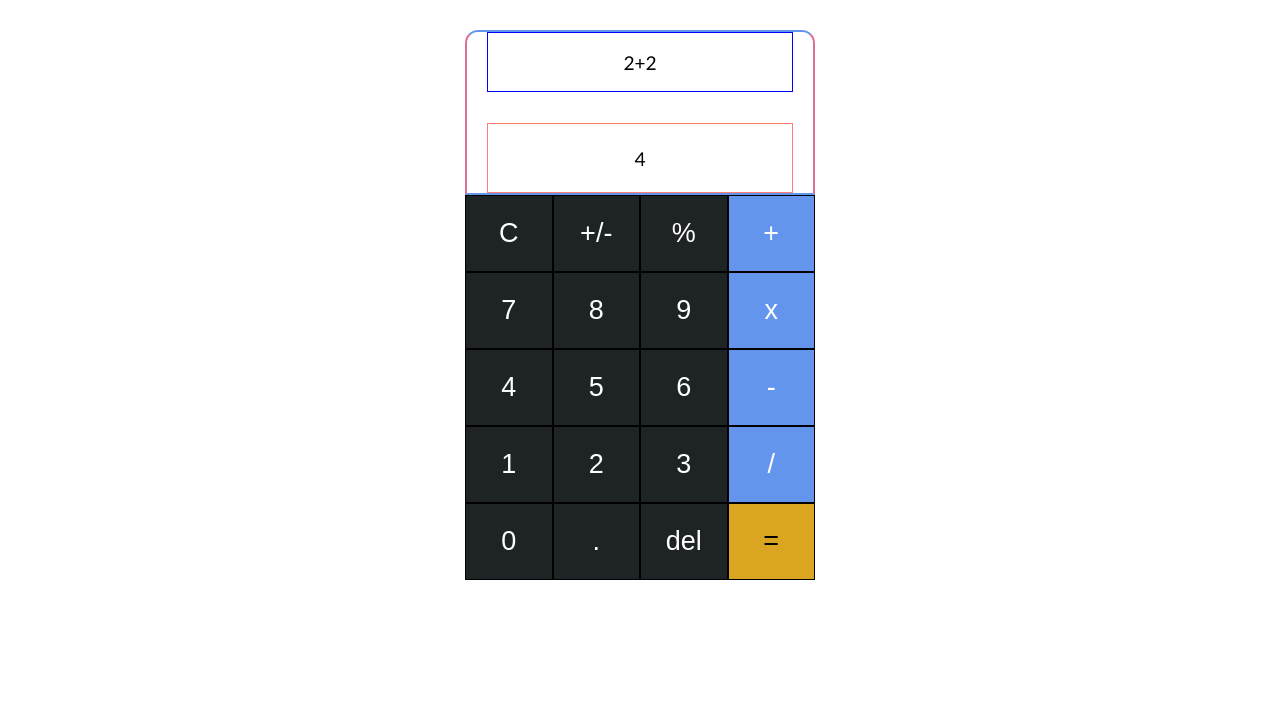
Repository: OfirLana/Calculator
Page: index.html
An editor plug-in stored every save of this project. The page is shown before and after a run of saves, followed by the edit.
The browser window is 1280 px wide. The pictures show the whole page.

Above is the page before, as saved 2019-03-16 17:13:22.

### index.html
<!DOCTYPE html>
<html lang="en">

<head>
    <meta charset="UTF-8">
    <meta name="viewport" content="width=device-width, initial-scale=1.0">
    <meta http-equiv="X-UA-Compatible" content="ie=edge">
    <link href="https://fonts.googleapis.com/css?family=Lato:100,300,400,700,900" rel="stylesheet">
    <title>Document</title>
    <link rel="stylesheet" href="style.css">
</head>

<body>
    <div class="calculator">
        <div class="output_box">
            <div class="main_output">
2+2


            </div>
            <div class="sub_output">
4


            </div>
        </div>


        <div class="opeartor_box">
            <button class="btn dlt">C</button>
            <button class="btn">+/-</button>
            <button class="btn ">%</button>
            <button class="btn op">+</button>
            <button class="btn">7</button>
            <button class="btn">8</button>
            <button class="btn">9</button>
            <button class="btn op">x</button>
            <button class="btn">4</button>
            <button class="btn">5</button>
            <button class="btn">6</button>
            <button class="btn op">-</button>
            <button class="btn">1</button>
            <button class="btn">2</button>
            <button class="btn">3</button>
            <button class="btn op">/</button>
            <button class="btn">0</button>
            <button class="btn">.</button>
            <button class="btn">del</button>
            <button class="btn sum">=</button>


        </div>








    </div>
    <script src="index.js"></script>
</body>

</html>

### style.css
* {
    margin: 0;
    padding: 0;
    box-sizing: border-box;
}

html {
    font-size: 62.5%;
}

body {
    font-family: "Lato", sans-serif;
    font-size: 1.6rem;
    color: #777;
    padding: 3rem;
    background: cadetblue;
    background:url()
}

.calculator {
    display: flex;
    flex-direction: column;
    margin: 0 auto;
    width: 35rem;
    height: 55rem;
    /* border: 1px solid red; */
    border-radius: 5px;
}

.output_box {
    display: flex;
    flex-direction: column;
    flex-basis: 30%;
    border: 2px solid cornflowerblue;
    border-radius: 13px 13px 0px 0px;
    border-right: 2px solid palevioletred;
    border-left: 2px solid palevioletred;
    width: 100%;
    justify-content: space-between;
    padding:0px 20px;
    background:white;
    color:black;
    font-size:19px;
}

.main_output {
    display: flex;
    border: 1px solid blue;
    height: 6rem;
    justify-content: center;
    align-items:center;
    /* background:blue; */
  /* border:1px solid tomato; */
    width:100%;
    /* background:blue; */
    text-align:end;
    overflow: hidden;
}






.sub_output {
    display: flex;
    border: 1px solid salmon;
    height: 7rem;
    /* background:red; */
    display:flex;
    justify-content: center;
    align-items: center;
    overflow: hidden;
    /* background:tomato; */
}

.opeartor_box{
    display:flex;
    /* flex-direction: column; */
    flex-wrap:wrap;
    width:100%;
    /* border:5px solid purple; */
    flex-basis:70%;
}

.btn{
    width:25%;
    height:20%;
    background:#1E2326;
    border: 1px solid black;
    color:white;
    font-size:27px;
    font-weight:100;
    cursor: pointer;
}

.btn:active{
    background:blue;
    border:1px solid black;
}
.btn:hover{
    opacity:0.8;
}
.op {
    background:cornflowerblue;
}

.sum{
    background:goldenrod;
    color:black;
}

Loaded but not shown: index.js (no copy from this time; the picture is the same without it)

After the next 2 saves:
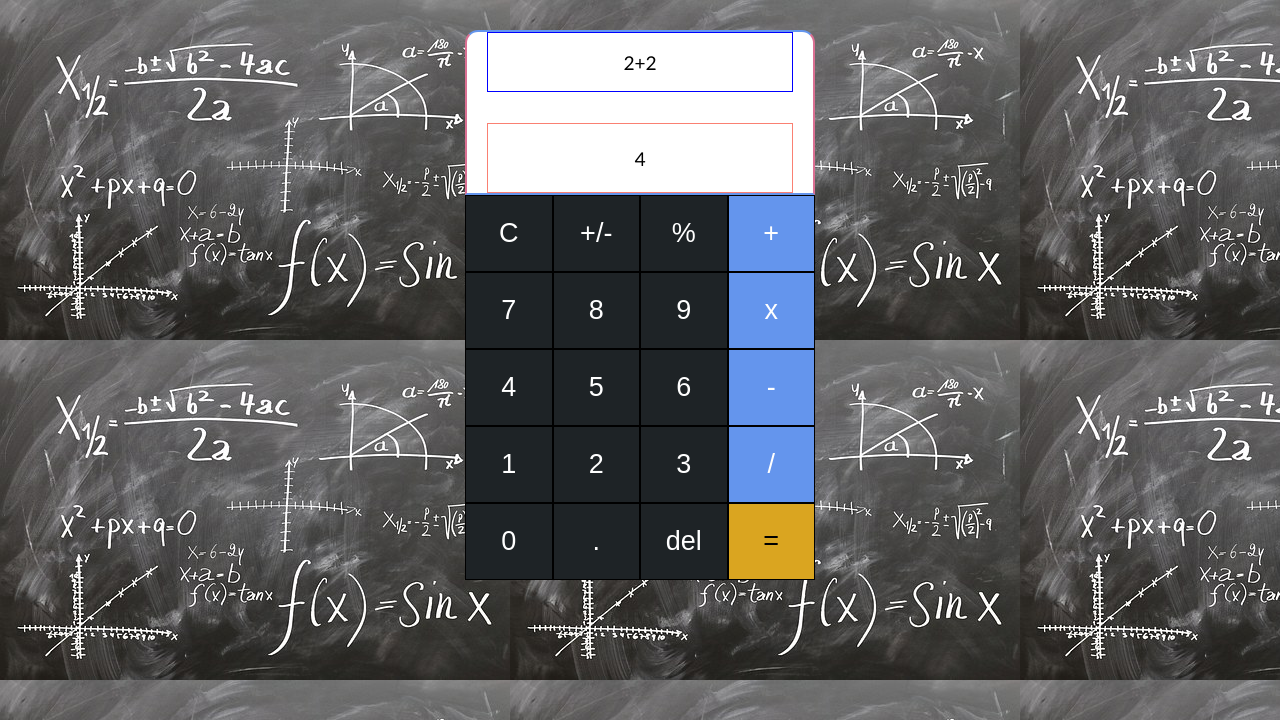
The 2 saves are shown as one change because they came seconds apart.
The last was saved 6 s later.
--- a/style.css
+++ b/style.css
@@ -14,7 +14,7 @@ body {
     color: #777;
     padding: 3rem;
     background: cadetblue;
-    background:url()
+    background:url(img/math.jpg);
 }
 
 .calculator {
